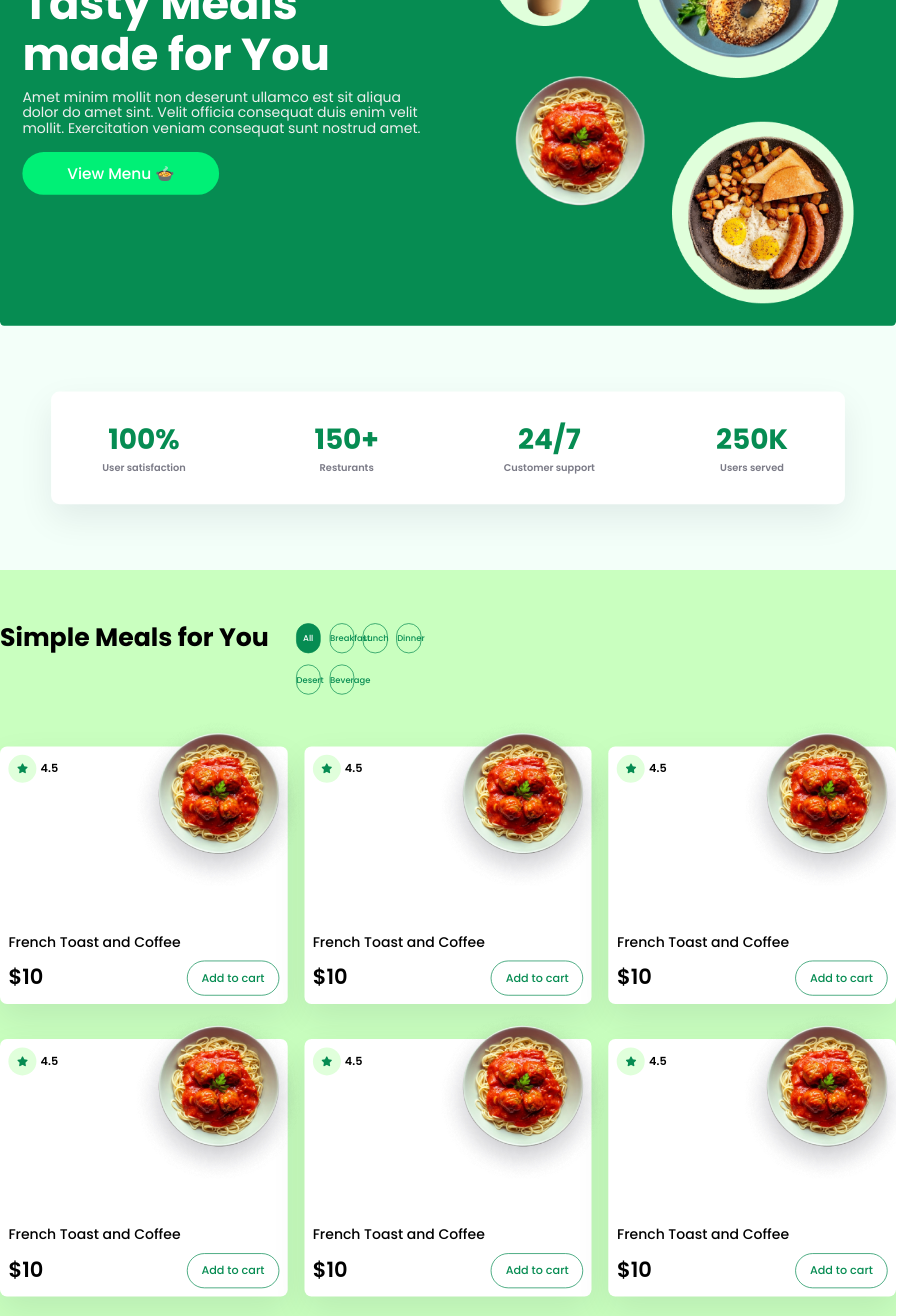
Repository: nguyennam1029/balbal
Page: index.html
An editor plug-in stored every save of this project. The page is shown before and after the next save, followed by the edit.
The browser window is 1280 px wide. The page is 1292 px wide, so the pictures cover 1292 px, including what lies to the right of the window. The pictures show the part of the page from y = 336 to 2216 px (the page is 4194 px tall), at 70% of full size.
Some web libraries are served in a nearby version.

Above is the page before, as saved 2022-07-09 09:42:26.

After the next save:
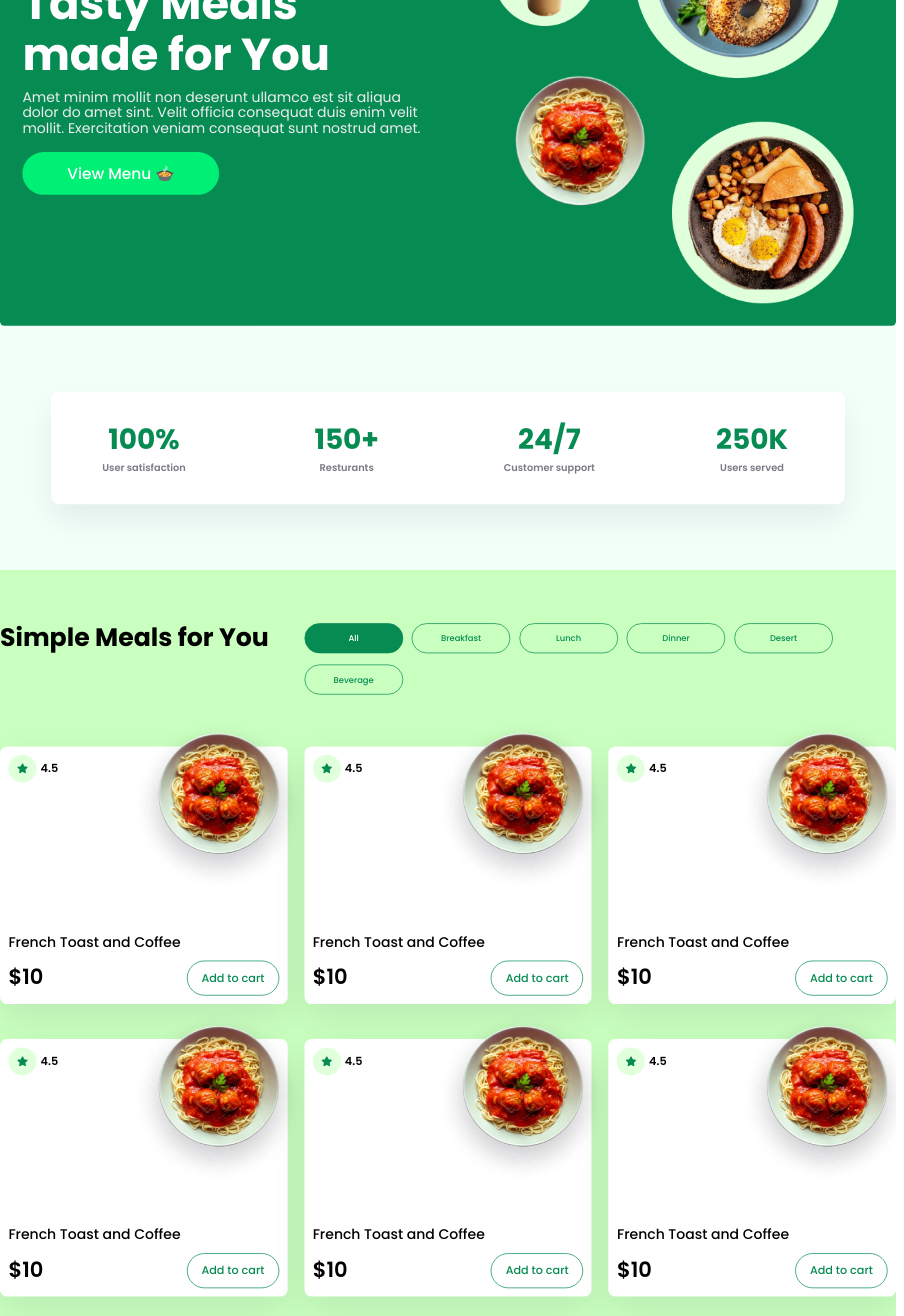
Saved 26 s later.
--- a/index.html
+++ b/index.html
@@ -114,17 +114,14 @@
                 <h3 class="product-heading">Simple Meals for You</h3>
               </div>
               <!-- <div class="col l-8 m-12 c-12"> -->
-                <div class="row">
-
-                  <ul class="tab-list col l-8 m-12 c-12">
-                    <li class="tab-item active col l-2 m-3 c-4">All</li>
-                    <li class="tab-item col l-2 m-3 c-4">Breakfast</li>
-                    <li class="tab-item col l-2 m-3 c-4">Lunch</li>
-                    <li class="tab-item col l-2 m-3 c-4">Dinner</li>
-                    <li class="tab-item col l-2 m-3 c-4">Desert</li>
-                    <li class="tab-item col l-2 m-3 c-4">Beverage</li>
-                  </ul>
-                </div>
+              <ul class="tab-list col l-8 m-12 c-12">
+                <li class="tab-item active col l-2 m-3 c-4">All</li>
+                <li class="tab-item col l-2 m-3 c-4">Breakfast</li>
+                <li class="tab-item col l-2 m-3 c-4">Lunch</li>
+                <li class="tab-item col l-2 m-3 c-4">Dinner</li>
+                <li class="tab-item col l-2 m-3 c-4">Desert</li>
+                <li class="tab-item col l-2 m-3 c-4">Beverage</li>
+              </ul>
               <!-- </div> -->
             </div>
           </div>
